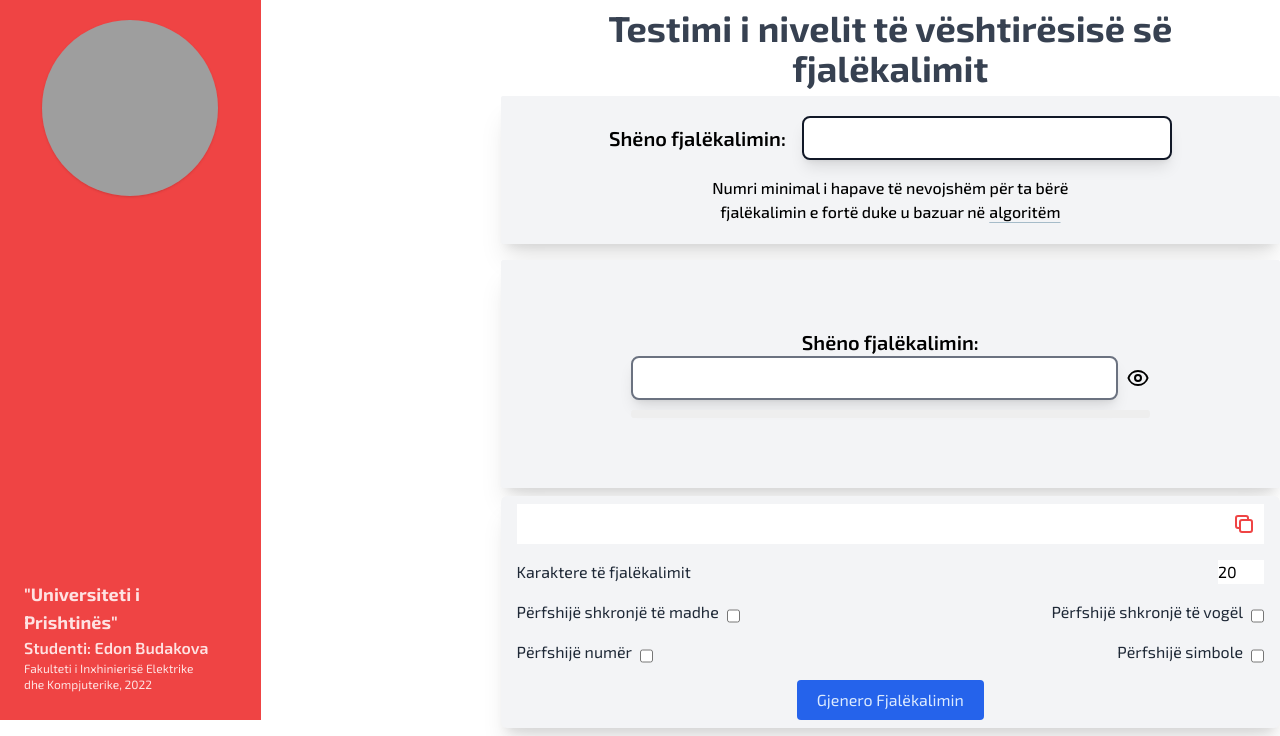
Repository: edonb99/Testing-the-level-of-password-difficulty
Page: /
These files come from the project's save history. The page is drawn as it stood at one moment and after the next save; the edit follows.
The browser window is 1280 px wide. The pictures show the whole page.
Pictures or frames that could not be fetched are drawn as grey boxes. The project was rebuilt for these pictures with package versions that can differ from the ones it lists, and the page was loaded fresh each time.

Above is the page before, as saved 2022-03-22 14:41:05.

After the next save:
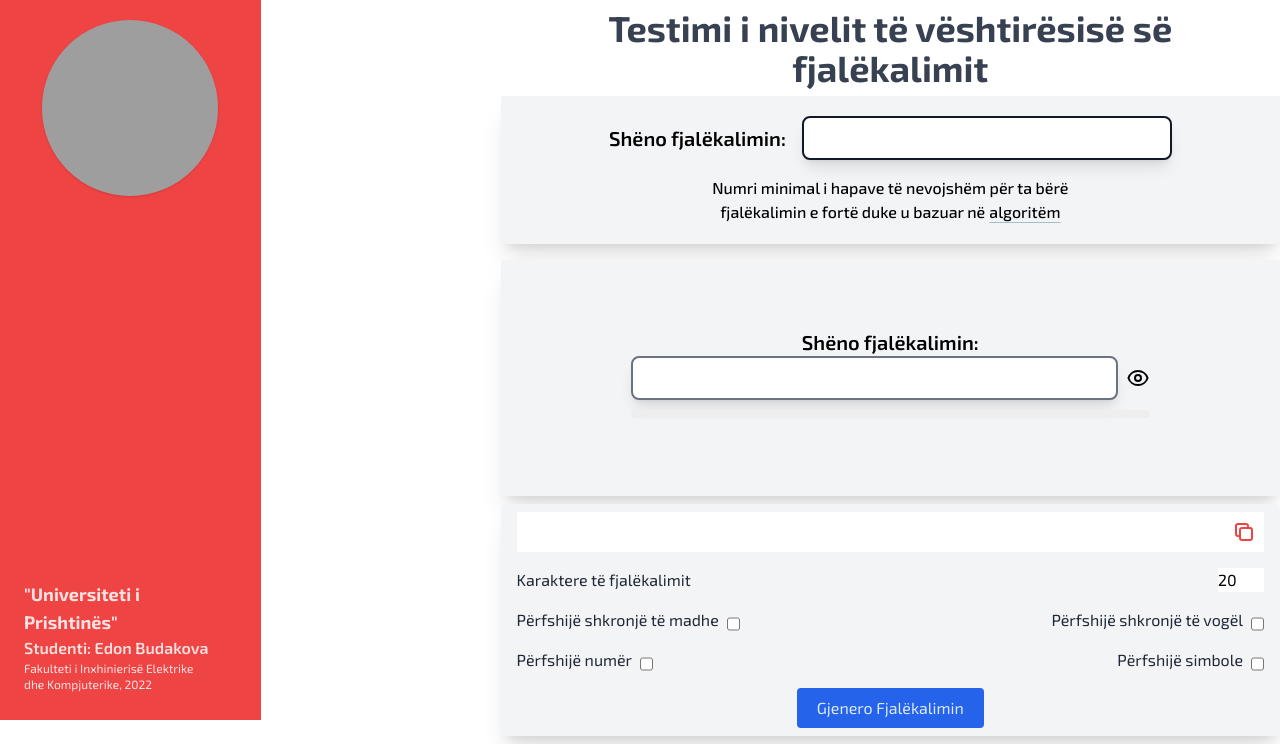
Saved 11 s later.
--- a/src/components/PasswordChecker.jsx
+++ b/src/components/PasswordChecker.jsx
@@ -57,7 +57,7 @@ const PasswordChecker = (props) => {
       />
       <br />
       <p className="text-base">
-      <div class="h-12">
+      <div class="h-14">
         {password && (
           <p
             className={`text-center text-base md:text-xl font-medium password__label strength-${
